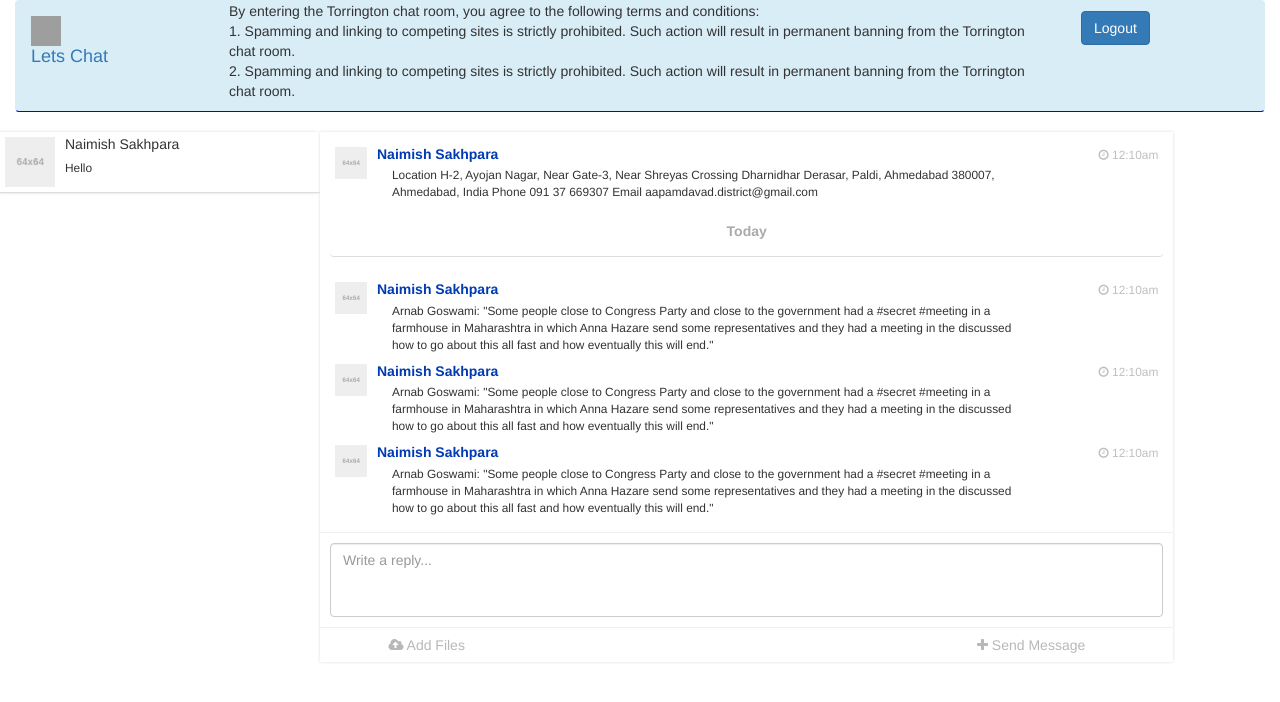
Repository: muazzamkha95/NodeChatApp
Page: chat.html
These files come from the project's save history. The page is drawn as it stood at one moment and after a run of saves; the edit follows.
The browser window is 1280 px wide. The pictures show the whole page.
Pictures or frames that could not be fetched are drawn as grey boxes. Some web libraries are served in a nearby version.

Above is the page before, as saved 2020-03-24 02:24:45.
Console error (its wording comes from the project's code and is left out).

After the next 3 saves:
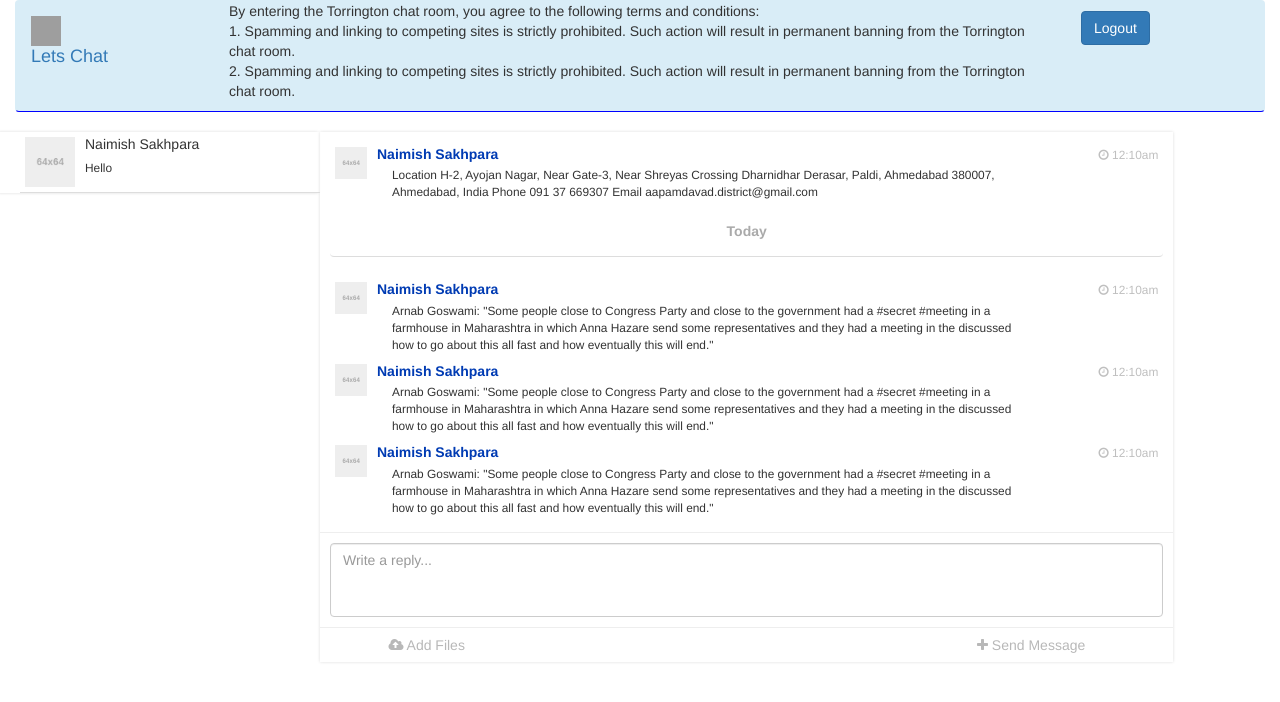
The 3 saves are shown as one change because they came seconds apart.
The last was saved 15 s later.
--- a/chat.html
+++ b/chat.html
@@ -44,7 +44,7 @@
 
     <div class="row">
 
-        <div class="conversation-wrap col-lg-3">
+        <div class="conversation-wrap col-lg-3 " style="padding-left: 20px;">
 
             <div class="media conversation">
                 <a class="pull-left" href="#">
